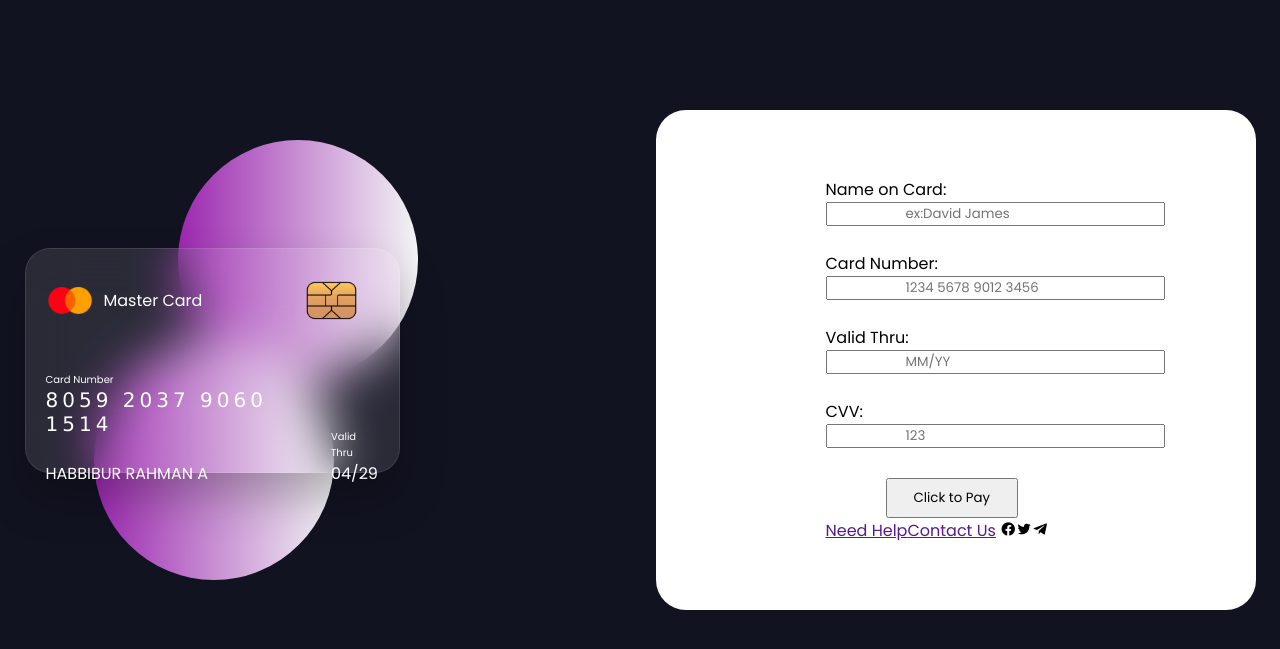
Repository: Habeebur1493/-002-Prompt
Page: index.html
The author's editor kept a copy of each file at every save. The page is drawn from the files as they stood at one save, then again after a run of saves.
The browser window is 1280 px wide. The pictures show the whole page.

Above is the page before, as saved 2024-09-11 01:34:24.

After the next 4 saves:
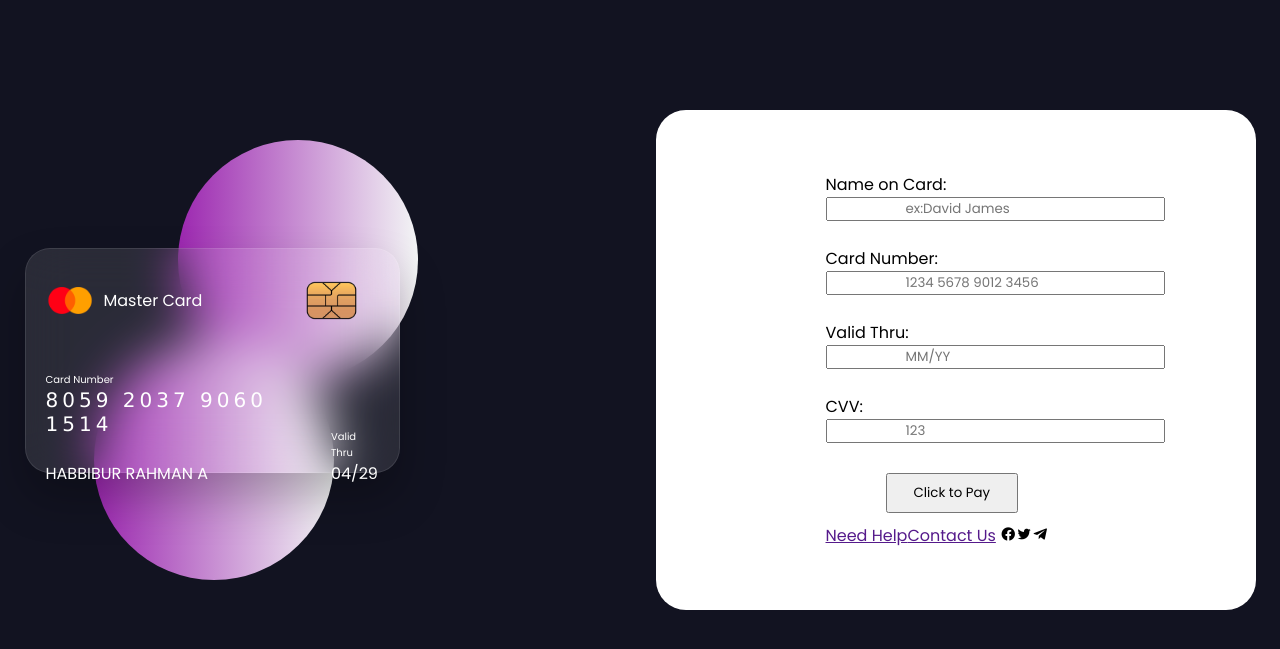
The 4 saves are shown as one change because they came seconds apart.
The last was saved 14 s later.
--- a/style.css
+++ b/style.css
@@ -192,4 +192,6 @@
     padding: 8px 26px;
 }
 
-.
+.data{
+    margin-top: 10px;
+}
